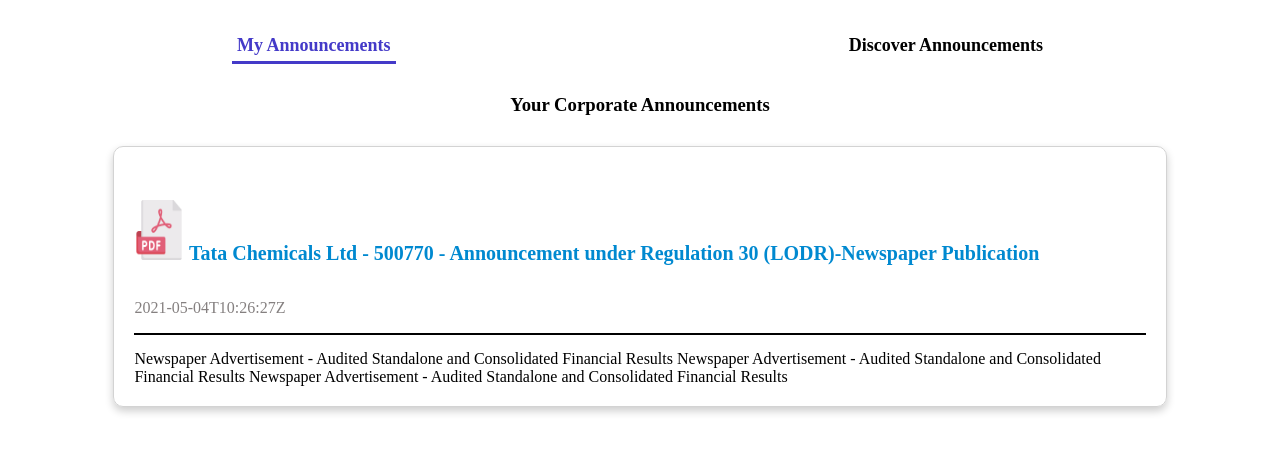
Repository: bhumikagohil/announcements
Page: announcements_tabs/index.html
An editor plug-in stored every save of this project. The page is shown before and after the next save, followed by the edit.
The browser window is 1280 px wide. The pictures show the whole page.
The page's requests for data from a server got no answer.

Above is the page before, as saved 2021-05-13 14:05:20.

### announcements_tabs/index.html
<!DOCTYPE html>
<html lang="en">

<head>
    <meta charset="UTF-8">
    <meta name="viewport" content="width=device-width, initial-scale=1.0">
    <meta http-equiv="X-UA-Compatible" content="ie=edge">
    <link href="style.css" rel="stylesheet">

    <title>Corporate Announcements</title>
</head>
<script src="https://ajax.googleapis.com/ajax/libs/jquery/3.5.1/jquery.min.js"></script>

<script src="script.js" defer></script>

<body>

    <div class="container">
        <ul class="tabs">
            <li data-tab-target="#my-announcements" class="active tab">My Announcements</li>
            <li data-tab-target="#discover-announcements" class="tab" id="discover-tab">Discover Announcements</li>
        </ul>

        <div class="tab-content">
            <div id="my-announcements" data-tab-content class="active">
                <div class="container">
                    <h3 class="heading">Your Corporate Announcements</h3>
                </div>

                <div class="container" id="announcements-cards-container">
                    <div class="announcements-card" id=${item.news_id} style="    padding: 20px 20px;
                    box-shadow: 0 4px 8px 0 rgb(0 0 0 / 20%);
                    border: 1px solid #d3d3d3;
                    border-radius: 10px;
                    margin: auto;
                    margin-bottom: 10px;">


                       <h5 class="title" style="    font-size: 1.25rem;
                        ">
                                               <img src="pdf.png" alt="Link" width="50" height="60">

                            Tata Chemicals Ltd - 500770 - Announcement under Regulation 30 (LODR)-Newspaper Publication
                        </h5>
                        <p class="time">
                            2021-05-04T10:26:27Z
                        </p>
                        <hr />
                        <div class="summary">
                            Newspaper Advertisement - Audited Standalone and Consolidated Financial Results
                            Newspaper Advertisement - Audited Standalone and Consolidated Financial Results
                            Newspaper Advertisement - Audited Standalone and Consolidated Financial Results

                        </div>
                    </div>
                </div>

            </div>
            <div id="discover-announcements" data-tab-content>
                <!-- Heading -->
                <div class="container">
                    <h3 class="heading">Discover Corporate Announcements</h3>
                </div>
                <!-- Autocomplete Bar -->
                <div class="container">
                    <form autocomplete="off" class="form">
                        <input id="input-field" placeholder="Search companies" type="text">
                        <ul class="autocomplete"></ul>
                    </form>
                </div>
                <!-- Cards Section -->
                <div class="container cards-container" id="discover-cards-container">
                </div>
            </div>

        </div>
    </div>

</body>

</html>

### announcements_tabs/style.css
[data-tab-content] {
  display: none;
}

.active[data-tab-content] {
  display: block;
}

.tabs {
  display: flex;
  justify-content: space-around;
  list-style-type: none;
  margin: 0;
  padding: 0;
}

.tab {
  cursor: pointer;
  padding: 5px;
  font-size: large;
  font-weight: bold;
}


.tab.active {
  color: #443ac8;
  border-bottom: 3px solid #443ac8;
}

.tab:hover {
  color: #443ac8;
}

/* Media Queries */
@media only screen and (max-width: 768px) {
  .tab {
    font-size: 10px;
  }
  .tab.active {
    border-bottom: 2px solid #443ac8;
  }
}

.container {
  width: 100%;
  margin: 30px auto;
}

.heading {
  text-align: center;
}

/*  ANNOUNCEMENTS */

.title {
  color: #0089d0;
}

.announcements-card {
  padding: 20px 20px;
  box-shadow: 0 4px 8px 0 rgba(0, 0, 0, 0.2);
  width: 80%;
  border: 1px solid #d3d3d3;
  border-radius: 10px;
  margin: auto;

  margin-bottom: 10px;
}

.announcements-card:hover {
  box-shadow: 0 8px 16px 0 rgba(0, 0, 0, 0.2);
}

hr {
  display: block;
  border: none;
  height: 2px;
  background-color: #000;
}

.time {
  /* font-size: 14px; */
  color: #858080;
}

.summary {
  overflow-x: auto;
  margin-top: 15px;
  /* font-size: 16px; */
}

/* DISCOVER ANNOUNCEMENTS */

/* Input Bar */
.form {
  width: 100%;
}

#input-field {
  position: absolute;
  width: 80%;
  /* height: 35px; */
  border-right: none;
  padding: 10px;
  border-radius: 4px;
  border: 1px solid #aab7ca;
}

input[type="text" i] {
  font-size: 14px;
}

/* Autocomplete Bar */
.autocomplete {
  width: 100%;
  position: absolute;
  background: #fff;
  list-style-type: none;
  margin-top: 48px;
  padding-left: 0;
  /* margin-left: auto; */
  z-index: 10;
}

.autocomplete-items {
  display: flex;
  padding: 0px 10px;
  cursor: pointer;
  border: 1px solid #d4d4d4;
  border-top: none;
}

.autocomplete-items:hover {
  background-color: #e9e9e9;
}

.autocomplete-title {
  margin-right: 20px;
  font-size: 14px;
}

.add-button {
  width: 50px;
  height: 26px;
  text-align: center;
  cursor: pointer;
  color: #fff;
  background-color: #4caf50;
  margin: auto 0 auto auto;
  border: none;
}

/* Card  */

.cards-container {
  margin-top: 80px;
  z-index: 1;
}
.discover-card {
  padding: 2% 4%;
  box-shadow: 0 4px 8px 0 rgba(0, 0, 0, 0.2);
  border: 1px solid #d3d3d3;
  border-radius: 5px;
  margin: auto;
  margin-bottom: 10px;
  display: flex;
  flex-direction: row;
  justify-content: space-between;
  align-items: center;
}

.status-button {
  position: relative;
  border: none;
  color: white;
  padding: 5px 10px;
  height: 30px;
  width: 70px;
  text-align: center;
  text-decoration: none;
  display: inline-block;
  font-size: 12px;
  cursor: pointer;
  background-color: #f11e0f;
  z-index: 1;
}

/* Loader */
@keyframes spinner {
  to {
    transform: rotate(360deg);
  }
}

.spinner:before {
  content: "";
  position: absolute;
  width: 18px;
  height: 18px;
  margin-top: -10px;
  margin-left: -10px;
  margin-right: -10px;
  border-radius: 50%;
  border-top: 2px solid #fff;
  border-right: 2px solid transparent;
  animation: spinner 0.6s linear infinite;
  z-index: 4;
}

/* @media only screen and (min-width: 425px) {
  .autocomplete {
    width: 77%;
  }
}

@media only screen and (min-width: 768px) {
  .autocomplete {
    width: 78.3%;
  }
}

@media only screen and (min-width: 1024px) {
  .autocomplete {
    width: 78.7%;
  }
}
@media only screen and (min-width: 1440px) {
  .autocomplete {
    width: 79.2%;
  }
} */

### announcements_tabs/script.js
const tabs = document.querySelectorAll("[data-tab-target]");
const tabContents = document.querySelectorAll("[data-tab-content]");

tabs.forEach((tab) => {
  tab.addEventListener("click", () => {
    const target = document.querySelector(tab.dataset.tabTarget);
    tabContents.forEach((tabContent) => {
      tabContent.classList.remove("active");
    });
    tabs.forEach((tab) => {
      tab.classList.remove("active");
    });
    tab.classList.add("active");
    target.classList.add("active");
  });
});

// ANNOUNCEMENTS

const hostname = "165.22.217.142";

const endpoint = `http://localhost:8000/null`;

fetch(endpoint)
  .then(function (response) {
    return response.json();
  })
  .then(function (response) {
    if (response.length < 1) {
      $(".announcements-card").html(
        "You haven't added any companies yet.Please click on discover announcements to add companies to receive corporate announcements "
      );
    } else {
      const newCard = response.map((item) => {
        return `
                      <div class="announcements-card">
                          <h5 class="title"> ${item.title} </h5>
                          <p class="time"> ${item.disseminated_time}</p>
                          <hr/>
                          <div class="summary">
                              ${item.summary}
                          </div>
                      </div>
                  `;
      });

      document
        .querySelector("#announcements-cards-container")
        .insertAdjacentHTML("afterbegin", newCard);
    }
  })
  .catch(function (err) {
    console.log("error: " + err);
  });

// DISCOVER ANNOUNCEMENTS

var query,
  company_cards_present = [];

const min_query_length = 3;
const spinner = `<div class="spinner"></div>`;

$(document).ready(function () {
  $("#input-field").on("input", function () {
    query = $(this).val();
    if (query.length >= min_query_length) {
      //   Fetching Autocomplete Sugguestions
      fetchData(
        `http://${hostname}/corpann/api/autocomplete/?search=${query}`,
        renderAutocompleteItem
      );
    } else {
      $(".autocomplete").empty();
    }
  });
});

// Fetching Followed Companies
$('#discover-tab').one("click", function () {
  // $("#loadingMessage").css('padding-top', '6%');
  console.log("clicked")
});


function fetchFollowedCompanies() {
  fetchData(
    `http://${hostname}/corpann/api/company/following/`,
    renderFollowedCompanies
  );
}

// Render Followed Companies

function renderFollowedCompanies(data) {
  data.map((item) => {
    createCard(item.company_name, item.scrip_id, "Unfollow");
  });
}

// Autocomplete Items

function renderAutocompleteItem(data) {
  var filtered_autocomplete_sugguestions = data.filter(
    (item) => !company_cards_present.includes(item.scrip_id)
  );

  var new_autocomplete_item = filtered_autocomplete_sugguestions
    .map((item) => {
      return `
                      <li class="autocomplete-items" onclick="createCard('${item.company_name}','${item.scrip_id}')">
                      <span  onclick="con('${item.company_name}','${item.scrip_id}')">
                         <p class="autocomplete-title"> ${item.company_name}</p>
                          <button id="${item.scrip_id}" class="add-button" onclick="createCard('${item.company_name}','${item.scrip_id}')">Add</button>
                     </span>
                          </li>
                  `;
    })
    .join("\n");

  $(".autocomplete").empty();

  document
    .querySelector(".autocomplete")
    .insertAdjacentHTML("afterbegin", new_autocomplete_item);
}

// Creating New Card
function createCard(name, id, text) {
  company_cards_present.push(parseInt(id));

  const card = `
                  <div class="discover-card" id="${id}">
                      <h5 class="card-title"> ${name} </h5>
                      <button class="status-button" onclick="removeCard('${id}', this)">
                       ${text || spinner}
                      </button>
                  </div>
              `;

  $(".autocomplete").empty();

  $("#input-field").val("");

  document
    .querySelector("#discover-cards-container")
    .insertAdjacentHTML("afterbegin", card);

  getCompanyStatus(name, id);
}

// Fetching Company Status

function getCompanyStatus(name, id) {
  fetchData(
    `http://${hostname}/corpann/api/follow/?company=${id}`,
    checkStatus
  );
}

function checkStatus(data) {
  if (data.company_status === "Confirmed") {
    $("#" + data.scrip_id)
      .children("button")
      .html("Unfollow");
  } else {
    card = $("#discover-cards-container").children().first();
    card
      .children("button")
      .html("Try again")
      .css("background-color", "#4caf50");
    setTimeout(() => {
      removeGivenCard(card);
    }, 1000);
    company_cards_present.splice(
      company_cards_present.indexOf(card.attr("id")),
      1
    );
  }
}

function removeGivenCard(card) {
  card.remove();
}

// Removing Card on Unfollow

function removeCard(id, obj) {
  $(obj).html(spinner);
  company_cards_present = company_cards_present.filter(function (e) {
    return e !== parseInt(id);
  });
  fetchData(
    `http://${hostname}/corpann/api/unfollow/?company=${id}`,
    checkUnfollowStatus
  );
}

function checkUnfollowStatus(data) {
  if (data.company_status === "Confirmed") {
    $("#" + data.scrip_id).remove();
  } else {
    $("#status-button").html("Unfollow");
  }
}
// Fetch Function

function fetchData(endpoint, onSuccess) {
  fetch(endpoint)
    .then(function (response) {
      return response.json();
    })
    .then(function (response) {
      onSuccess(response.data);
    })
    .catch(function (err) {
      console.log(err);
    });
}

async function postData(url = "", data = {}, onSuccess) {
  // Default options are marked with *
  const response = await fetch(url, {
    method: "POST", // *GET, POST, PUT, DELETE, etc.
    mode: "cors", // no-cors, *cors, same-origin
    cache: "no-cache", // *default, no-cache, reload, force-cache, only-if-cached
    credentials: "same-origin", // include, *same-origin, omit
    headers: {
      "Content-Type": "application/json",
      // 'Content-Type': 'application/x-www-form-urlencoded',
    },
    redirect: "follow", // manual, *follow, error
    referrerPolicy: "no-referrer", // no-referrer, *no-referrer-when-downgrade, origin, origin-when-cross-origin, same-origin, strict-origin, strict-origin-when-cross-origin, unsafe-url
    body: JSON.stringify(data), // body data type must match "Content-Type" header
  })
    .then(function (response) {
      return response.json(); // parses JSON response into native JavaScript objects
    })
    .then(function (response) {
      onSuccess(response.data);
    })
    .catch(function (err) {
      console.log("error: " + err);
    });
}

After the next save:
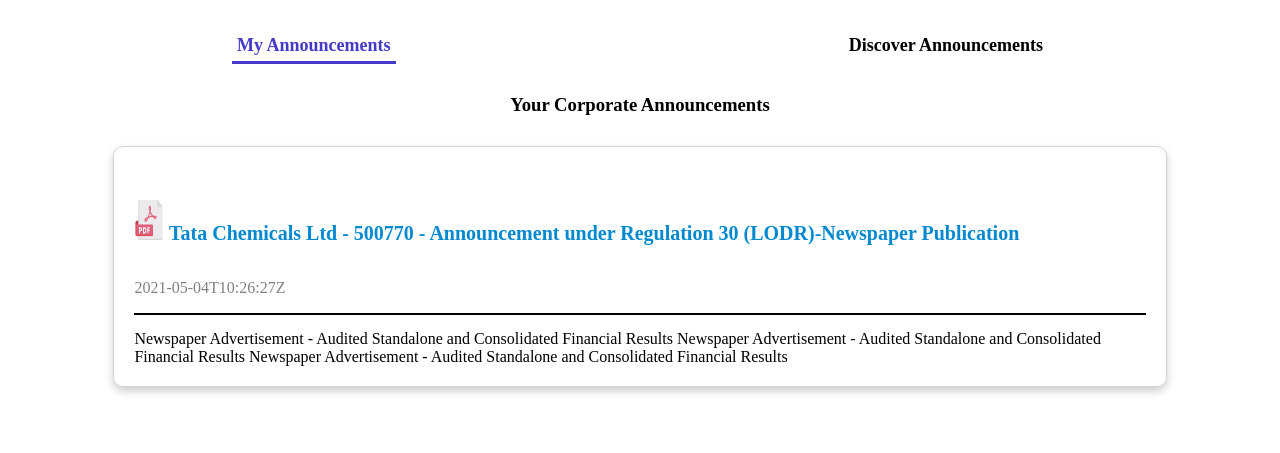
Saved 9 s later.
--- a/announcements_tabs/index.html
+++ b/announcements_tabs/index.html
@@ -38,7 +38,7 @@
 
                        <h5 class="title" style="    font-size: 1.25rem;
                         ">
-                                               <img src="pdf.png" alt="Link" width="50" height="60">
+                                               <img src="pdf.png" alt="Link" width="30" height="40">
 
                             Tata Chemicals Ltd - 500770 - Announcement under Regulation 30 (LODR)-Newspaper Publication
                         </h5>
